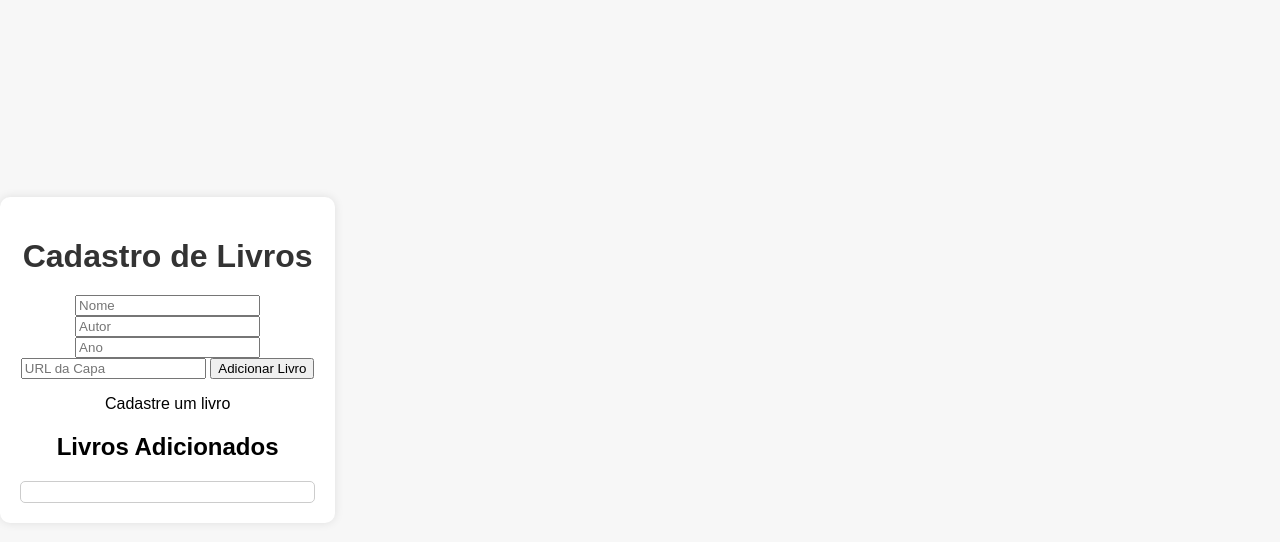
Repository: Matheus904-12/JS-BIN
Page: index.html
An editor plug-in stored every save of this project. The page is shown before and after the next save, followed by the edit.
The browser window is 1280 px wide. The pictures show the whole page.

Above is the page before, as saved 2023-09-10 20:25:06.

### index.html
<!DOCTYPE html>
<html lang="pt-br">
<head>
    <meta charset="UTF-8">
    <meta name="viewport" content="width=device-width, initial-scale=1.0">
    <title>Cadastro de Livros</title>
    <link rel="stylesheet" href="style.css">
</head>
<body>
    <div class="container">
        <div class="cadastro-box">
            <h1>Cadastro de Livros</h1>
            <input id="nomeLivro" placeholder="Nome" type="text">
            <input id="autorLivro" placeholder="Autor" type="text">
            <input id="anoLivro" placeholder="Ano" type="number">
            <input id="capaLivro" placeholder="URL da Capa" type="text">
            <button onclick="adicionar();">Adicionar Livro</button>
            <p id="contadorLivros">Cadastre um livro</p>
        </div>
        <div class="registros-box">
            <h2>Livros Adicionados</h2>
            <div id="livros" class="livros-box"></div>
        </div>
    </div>
    <div class="notification-carousel" id="notification-carousel"></div>
    <div class="carrossel-box">
        <div class="carrossel" id="carrossel"></div>
    </div>
    <script src="script.js"></script>
</body>
</html>

### style.css
body {
    font-family: Arial, sans-serif;
    background-color: #f7f7f7;
    display: flex;
    justify-content: center;
    align-items: center;
    height: 100vh;
    margin: 0;
}

.container {
    background-color: #fff;
    border-radius: 10px;
    box-shadow: 0px 0px 10px rgba(0, 0, 0, 0.1);
    padding: 20px;
    width: 400px;
    text-align: center;
}

.container h1 {
    color: #333;
    margin-bottom: 20px;
}

.input-group {
    margin-bottom: 15px;
}

.input-group label {
    display: block;
    font-weight: bold;
    margin-bottom: 5px;
    text-align: left;
}

.input-group input {
    width: calc(100% - 12px);
    padding: 8px;
    border: 1px solid #ccc;
    border-radius: 5px;
    font-size: 16px;
}

.btn-group {
    display: flex;
    justify-content: space-between;
    align-items: center;
}

.btn-group button {
    flex: 1;
    padding: 10px;
    margin: 0 5px;
    border: none;
    border-radius: 5px;
    font-size: 16px;
    cursor: pointer;
    transition: background-color 0.3s;
}

.btn-group button:hover {
    background-color: #007bff;
    color: #fff;
}

.livros-box {
    border: 1px solid #ccc;
    padding: 10px;
    margin-top: 10px;
    border-radius: 5px;
    overflow-y: auto;
    max-height: 150px;
}

.livro {
    display: flex;
    justify-content: space-between;
    align-items: center;
    margin-bottom: 5px;
    padding: 5px;
    border-bottom: 1px solid #ddd;
    font-size: 14px;
}

.livro h3 {
    margin: 0;
}

.livro button {
    background-color: #007bff;
    color: #fff;
    border: none;
    border-radius: 3px;
    padding: 3px 8px;
    cursor: pointer;
    transition: background-color 0.3s;
}

.livro button:hover {
    background-color: #0056b3;
}

.notification-carousel {
    position: absolute;
    top: 20px;
    right: 20px;
    width: 300px;
    text-align: center;
    z-index: 1;
    pointer-events: none;
}

.notification {
    position: relative;
    margin-bottom: 5px;
    padding: 5px;
    color: #fff;
    border-radius: 5px;
    z-index: 2;
}

.carrossel-box {
    position: relative;
    overflow: hidden;
    width: 100%;
    margin-top: 20px;
}

.carrossel {
    display: flex;
    transition: transform 0.5s;
    overflow: hidden;
}

.capa {
    flex: 0 0 100%;
    height: 150px;
    background-size: cover;
    background-position: center;
    opacity: 0;
    transition: opacity 0.5s;
}

### script.js
let biblioteca = [];
let carrosselIndex = 0;
let notifications = [];

function cadastro(nome, autor, ano, capa) {
    var livro = {
        nome: nome,
        autor: autor,
        ano: ano,
        capa: capa
    };
    biblioteca.push(livro);
    atualizarContador();
    mostrarLivros();
    startCarousel();
}

function adicionar() {
    let nome = document.getElementById('nomeLivro').value;
    let autor = document.getElementById('autorLivro').value;
    let ano = document.getElementById('anoLivro').value;
    let capa = document.getElementById('capaLivro').value;
    cadastro(nome, autor, ano, capa);
    showNotification('Livro adicionado com sucesso!', true);
}

function mostrarLivros() {
    const livrosDiv = document.getElementById('livros');
    livrosDiv.innerHTML = '';

    for (let i = 0; i < biblioteca.length; i++) {
        const livro = biblioteca[i];
        const livroDiv = document.createElement('div');
        livroDiv.classList.add('livro');

        const capaImg = document.createElement('img');
        capaImg.src = livro.capa;
        livroDiv.appendChild(capaImg);

        const nomeAutor = document.createElement('h3');
        nomeAutor.textContent = `Nome: ${livro.nome}, Autor: ${livro.autor}`;
        livroDiv.appendChild(nomeAutor);

        const ano = document.createElement('p');
        ano.textContent = `Ano: ${livro.ano}`;
        livroDiv.appendChild(ano);

        const btnDiv = document.createElement('div');
        const mostrarBtn = document.createElement('button');
        mostrarBtn.textContent = 'Mostrar';
        mostrarBtn.onclick = function () {
            console.log(`Nome: ${livro.nome}, Autor: ${livro.autor}, Ano: ${livro.ano}`);
        };
        btnDiv.appendChild(mostrarBtn);

        const apagarBtn = document.createElement('button');
        apagarBtn.textContent = 'Apagar';
        apagarBtn.onclick = function () {
            biblioteca.splice(i, 1);
            mostrarLivros();
            atualizarContador();
        };
        btnDiv.appendChild(apagarBtn);

        livroDiv.appendChild(btnDiv);

        livrosDiv.appendChild(livroDiv);
    }

    startCarousel(); // Iniciar o carrossel após atualizar os livros
}


function apagarLivros() {
    biblioteca = [];
    atualizarContador();
    mostrarLivros();
    console.log('Biblioteca apagada');
}

function atualizarContador() {
    const contador = document.getElementById('contadorLivros');
    if (biblioteca.length === 0) {
        contador.textContent = 'Cadastre um livro';
    } else {
        contador.textContent = `${biblioteca.length} livro${biblioteca.length === 1 ? '' : 's'} cadastrado${biblioteca.length === 1 ? '' : 's'}`;
    }
}

function showNotification(message, isSuccess) {
    const notificationCarousel = document.getElementById('notification-carousel');
    const newNotification = document.createElement('div');
    newNotification.textContent = message;
    newNotification.style.backgroundColor = isSuccess ? '#28a745' : '#dc3545';
    newNotification.classList.add('notification');
    notificationCarousel.appendChild(newNotification);

    notifications.push(newNotification);
    startNotificationCarousel();
}

function startNotificationCarousel() {
    let currentIndex = notifications.length - 1;
    notifications[currentIndex].style.transform = 'translateX(0)';

    setTimeout(() => {
        notifications[currentIndex].style.transform = 'translateX(100%)';

        setTimeout(() => {
            notifications[currentIndex].remove();
            notifications.splice(currentIndex, 1);
        }, 500);
    }, 3000);
}

function startCarousel() {
    const carrossel = document.getElementById('carrossel');
    carrossel.innerHTML = '';

    for (let i = 0; i < biblioteca.length; i++) {
        const livro = biblioteca[i];
        const capaDiv = document.createElement('div');
        capaDiv.classList.add('capa');
        capaDiv.style.backgroundImage = `url('${livro.capa}')`;

        carrossel.appendChild(capaDiv);
    }

    carrosselIndex = 0;
    showNextCarrosselItem();
}

function showNextCarrosselItem() {
    const carrossel = document.getElementById('carrossel');
    const capas = carrossel.querySelectorAll('.capa');

    if (capas.length > 0) {
        capas[carrosselIndex].style.opacity = '1';

        setTimeout(() => {
            capas[carrosselIndex].style.opacity = '0';
            carrosselIndex = (carrosselIndex + 1) % capas.length;
            showNextCarrosselItem();
        }, 3000); // Troca a cada 3 segundos (3000 milissegundos)
    }
}

After the next save:
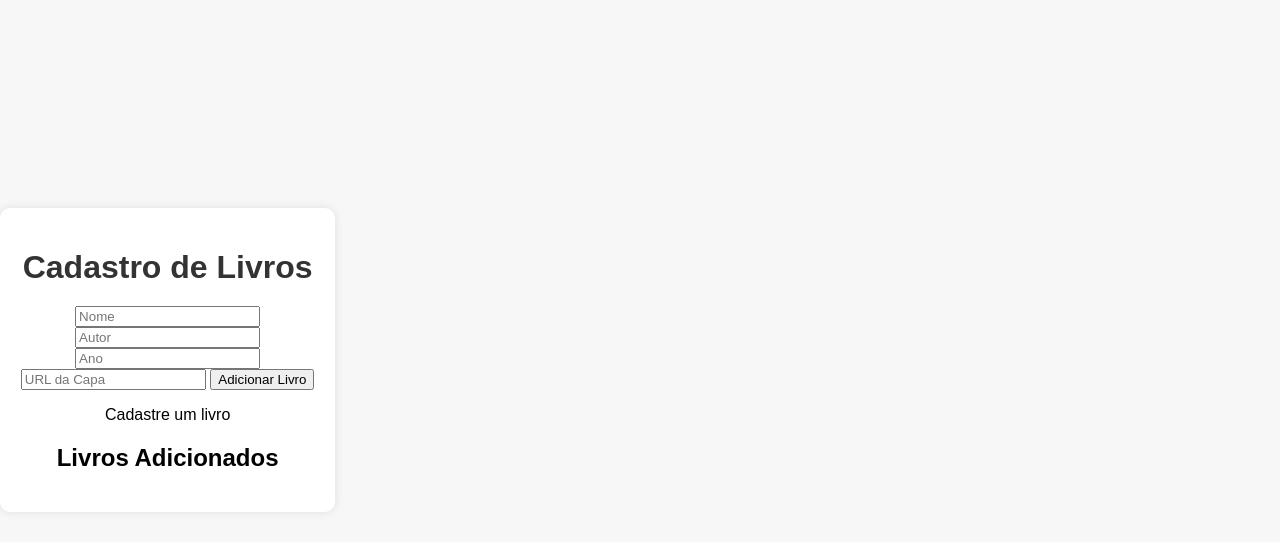
Saved 19 s later.
--- a/style.css
+++ b/style.css
@@ -64,26 +64,26 @@ body {
 }
 
 .livros-box {
-    border: 1px solid #ccc;
-    padding: 10px;
-    margin-top: 10px;
-    border-radius: 5px;
-    overflow-y: auto;
-    max-height: 150px;
+    display: flex;
+    flex-wrap: wrap;
+    justify-content: space-around;
+    align-items: flex-start;
+    margin-top: 20px;
 }
 
 .livro {
-    display: flex;
-    justify-content: space-between;
-    align-items: center;
-    margin-bottom: 5px;
-    padding: 5px;
-    border-bottom: 1px solid #ddd;
-    font-size: 14px;
+    background-color: #fff;
+    border: 1px solid #ccc;
+    border-radius: 5px;
+    padding: 10px;
+    margin: 10px;
+    width: 200px;
 }
 
-.livro h3 {
-    margin: 0;
+.livro img {
+    max-width: 100%;
+    height: auto;
+    margin-bottom: 10px;
 }
 
 .livro button {
